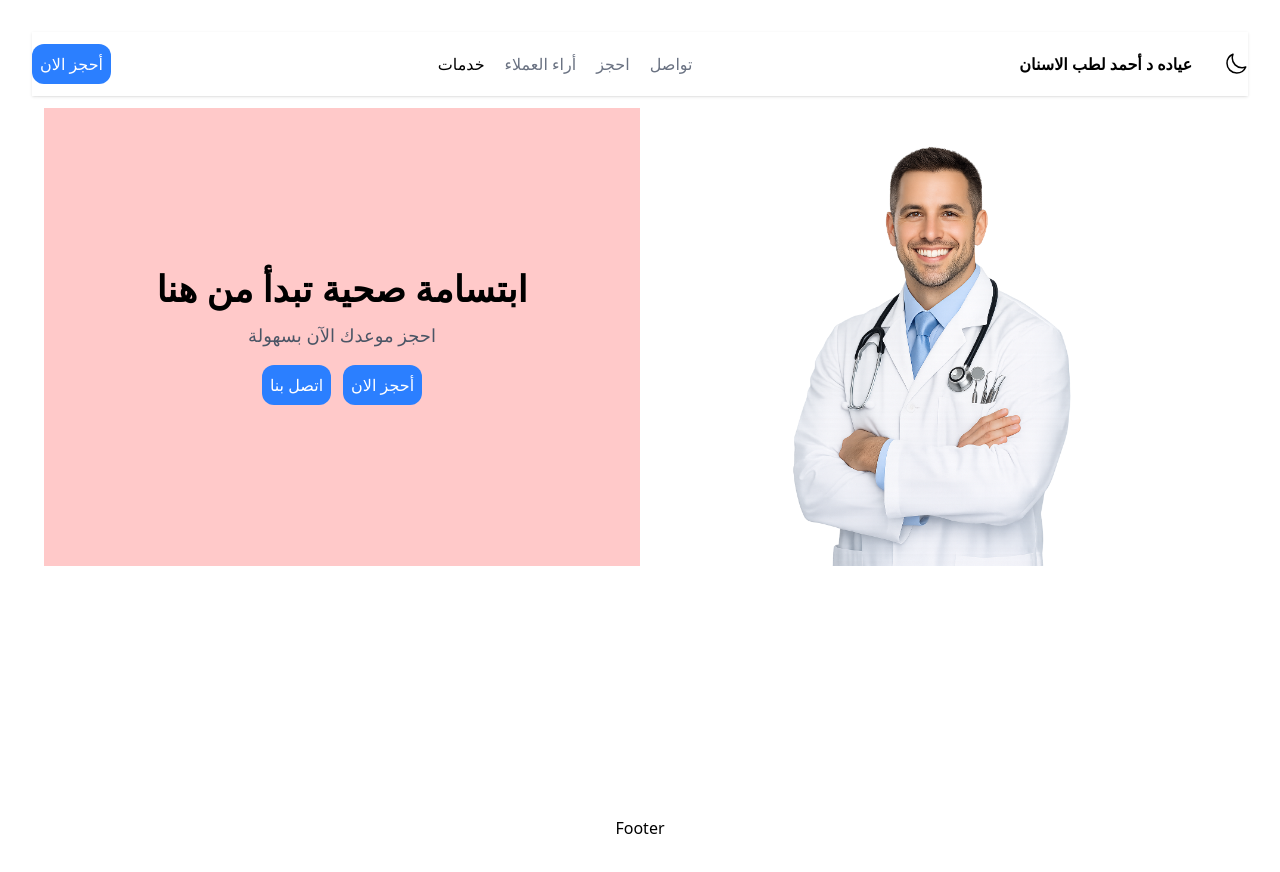
Repository: mohamedehab23-pro/clinic
Page: /
The author's editor kept a copy of each file at every save. The page is drawn from the files as they stood at one save, then again after the next save.
The browser window is 1280 px wide. The pictures show the whole page.
The project was rebuilt for these pictures with package versions that can differ from the ones it lists, and the page was loaded fresh each time. Also part of the build but not shown: vite.config.js, src/Pages/AboutPage.jsx, src/Pages/ContactPage.jsx, src/Pages/NotFound.jsx, src/Components/Child.jsx, src/Components/Parent.jsx.

Above is the page before, as saved 2026-02-22 14:17:24.

### index.html
<!doctype html>
<html lang="en">
  <head>
    <meta charset="UTF-8" />
    <link rel="icon" type="image/svg+xml" href="/vite.svg" />
    <meta name="viewport" content="width=device-width, initial-scale=1.0" />
    <title>project1</title>
  </head>
  <body>
    <div id="root"></div>
    <script type="module" src="/src/main.jsx"></script>
  </body>
</html>

### src/index.css
@import "tailwindcss";
@custom-variant dark (&:where(.dark, .dark *));


.active{
    @apply text-black dark:text-white
}

### src/App.jsx
import { useState } from 'react'
import HeroPage from '../src/Pages/HeroPage'
import './App.css'
import { createBrowserRouter, RouterProvider } from 'react-router'
import MainLayout from './Layouts/MainLayout'
import AboutPage from './Pages/AboutPage'
import ContactPage from './Pages/ContactPage'
import NotFound from './Pages/NotFound'
import Parent from './Components/Parent'


const x=createBrowserRouter([
  {path:'',element:<MainLayout/>,children:[
    {index:true,element:<HeroPage/>},
    {path:'/about',element:<AboutPage/>},
    {path:'/contact',element:<ContactPage/>},
    {path:'*',element:<NotFound/>}
  ]}
])

function App() {

  return (
    <>
    {/* <Parent/> */}

     <RouterProvider router={x}/>
    </>
  )
}

export default App

### src/Pages/HeroPage.jsx
import React from 'react'
import sora from '../assets/dentist.png'
import Button from '../Components/Button'
export default function HomePage() {
  return (
    <div className='dark:bg-gray-800 min-h-screen p-3'>
      <div className='flex justify-around'>
<div className='bg-red-200 w-full flex flex-col justify-center text-center '>
<h2 className='text-4xl font-bold '>ابتسامة صحية تبدأ من هنا</h2>
<p className='text-gray-600 pt-3 text-lg'>احجز موعدك الآن بسهولة</p>
  <div className='flex gap-3 justify-center mt-4'>
      <Button bg={'bg-blue-500'} hover={'hover:bg-blue-600'} text={'اتصل بنا'}/>

  <Button bg={'bg-blue-500'} hover={'hover:bg-blue-600'} text={'أحجز الان'}/>
  </div>


</div>
<div className=' w-full flex justify-center items-center'>
 <img src={sora} alt="doctor" className='w-[50%] ' />
</div>
      </div>



    </div>
  )
}

### src/Layouts/MainLayout.jsx
import React, { useState } from 'react'
import Navbar from '../Components/Navbar'
import Footer from '../Components/Footer'
import { Outlet } from 'react-router'

export default function MainLayout() {
  const [darkMode, setDarkMode] = useState(false)
  return (
    <>
    <div className={`${darkMode? 'dark':''}  dark:text-white`}>
      <Navbar darkMode={darkMode} setDarkMode={setDarkMode}/>
    <Outlet />
    <Footer/>
    </div>
    </>
  )
}

### src/Components/Button.jsx
import React from 'react'
import { Link } from 'react-router'

export default function Button({bg,hover,text }) {
  return (
   <>
   <button className={`p-2 rounded-xl ${bg} ${hover} text-white `}><Link to={'/'}>{text}</Link></button>
   </>
  )
}

### src/Components/Navbar.jsx
import React, { useState } from 'react'
import { Link, NavLink } from 'react-router'
import Button from './Button'

export default function Navbar({setDarkMode,darkMode}) {
  const [navToggle, setNavToggle] = useState(false)
  return (
    <div className='py-3 shadow sticky top-0 w-full dark:bg-gray-700 bg-white/50'>
<div className="container px-3 lg:p-0 mx-auto flex items-center justify-between">
<div>
  <Button bg={'bg-blue-500'} hover={'hover:bg-blue-600'} text={'أحجز الان'}/>
</div>
<div>
  <ul className='lg:flex dark:text-white/50 gap-5 hidden'>
    <li className='text-gray-500'><NavLink to={''}>خدمات</NavLink></li>
    <li className='text-gray-500'><NavLink to={'/about'}>أراء العملاء</NavLink></li>
    <li className='text-gray-500'><NavLink to={'/contact'}>احجز</NavLink></li>
    <li className='text-gray-500'><NavLink to={'ertyuj'}>تواصل</NavLink></li>
  </ul>
</div>
<div className='flex gap-8'>
  <Link to={''} className=' font-bold'>عياده د أحمد لطب الاسنان</Link>
  {darkMode?<svg xmlns="http://www.w3.org/2000/svg"
onClick={()=>setDarkMode(!darkMode)}
fill="none" viewBox="0 0 24 24" strokeWidth={1.5} stroke="currentColor" className="cursor-pointer size-6">
  <path strokeLinecap="round" strokeLinejoin="round" d="M12 3v2.25m6.364.386-1.591 1.591M21 12h-2.25m-.386 6.364-1.591-1.591M12 18.75V21m-4.773-4.227-1.591 1.591M5.25 12H3m4.227-4.773L5.636 5.636M15.75 12a3.75 3.75 0 1 1-7.5 0 3.75 3.75 0 0 1 7.5 0Z" />
</svg>:<svg xmlns="http://www.w3.org/2000/svg" fill="none"
onClick={()=>setDarkMode(!darkMode)}
viewBox="0 0 24 24" strokeWidth={1.5} stroke="currentColor" className="cursor-pointer size-6">
  <path strokeLinecap="round" strokeLinejoin="round" d="M21.752 15.002A9.72 9.72 0 0 1 18 15.75c-5.385 0-9.75-4.365-9.75-9.75 0-1.33.266-2.597.748-3.752A9.753 9.753 0 0 0 3 11.25C3 16.635 7.365 21 12.75 21a9.753 9.753 0 0 0 9.002-5.998Z" />
</svg>}
</div>
<div className='lg:hidden'>
  <svg xmlns="http://www.w3.org/2000/svg" onClick={()=>setNavToggle(!navToggle)} fill="none" viewBox="0 0 24 24" strokeWidth={1.5} stroke="currentColor" className="cursor-pointer size-6">
  <path strokeLinecap="round" strokeLinejoin="round" d="M3.75 6.75h16.5M3.75 12h16.5m-16.5 5.25h16.5" />
</svg>


</div>



</div>
{navToggle && <ul className='pt-3 text-end px-3'>
    <li className='text-gray-500'><NavLink to={''}>خدمات</NavLink></li>
    <li className='text-gray-500'><NavLink to={'/about'}>أراء العملاء</NavLink></li>
    <li className='text-gray-500'><NavLink to={'/contact'}>احجز</NavLink></li>
    <li className='text-gray-500'><NavLink to={'ertyuj'}>تواصل</NavLink></li>
  </ul>}


    </div>
  )
}

Loaded but not shown: src/main.jsx (common file); src/App.css (common file); src/Components/Footer.jsx (common file)

After the next save:
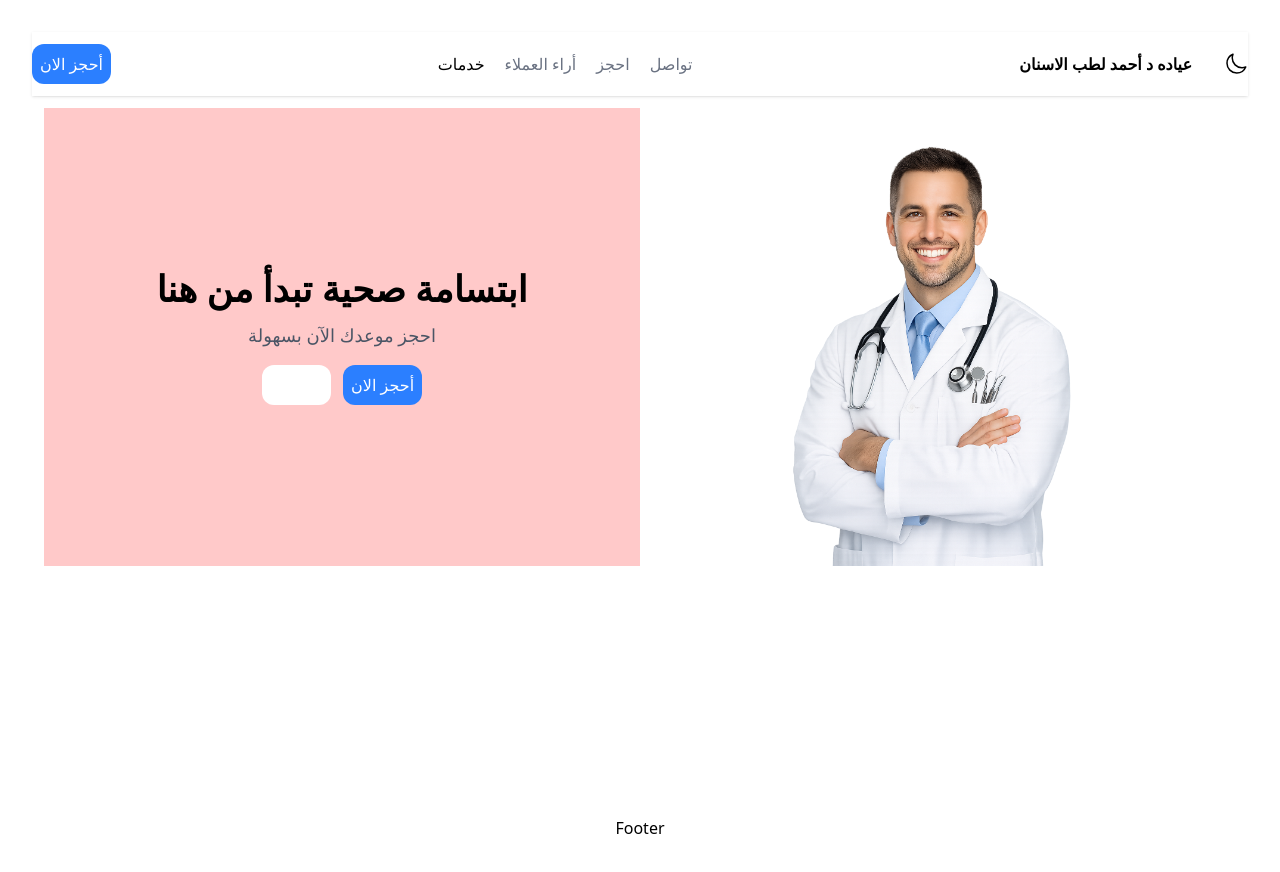
Saved 16 s later.
--- a/src/Pages/HeroPage.jsx
+++ b/src/Pages/HeroPage.jsx
@@ -9,7 +9,7 @@ export default function HomePage() {
 <h2 className='text-4xl font-bold '>ابتسامة صحية تبدأ من هنا</h2>
 <p className='text-gray-600 pt-3 text-lg'>احجز موعدك الآن بسهولة</p>
   <div className='flex gap-3 justify-center mt-4'>
-      <Button bg={'bg-blue-500'} hover={'hover:bg-blue-600'} text={'اتصل بنا'}/>
+      <Button bg={'bg-white'} hover={'hover:bg-blue-600'} text={'اتصل بنا'}/>
 
   <Button bg={'bg-blue-500'} hover={'hover:bg-blue-600'} text={'أحجز الان'}/>
   </div>
